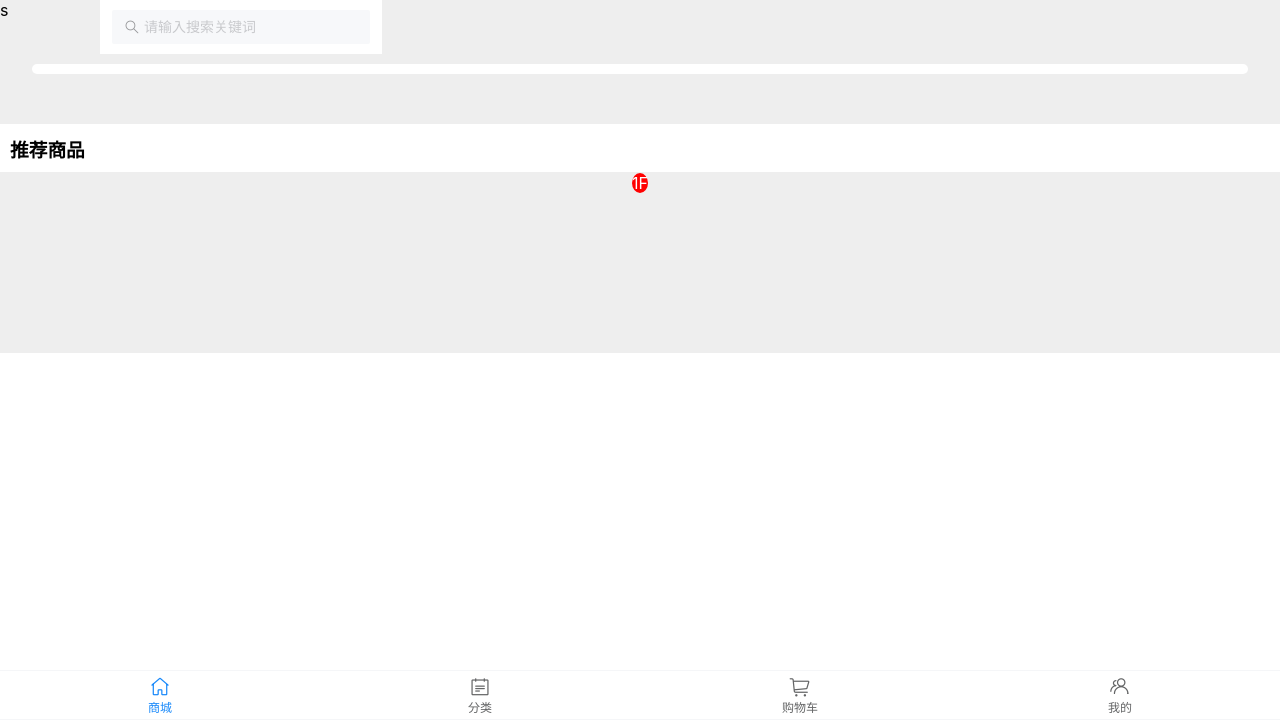
Repository: liuyangming111/mall
Page: /
The author's editor kept a copy of each file at every save. The page is drawn from the files as they stood at one save, then again after a run of saves.
The browser window is 1280 px wide. The pictures show the whole page.
The page's requests for data from a server got no answer. The project was rebuilt for these pictures with package versions that can differ from the ones it lists, and the page was loaded fresh each time. No one was signed in, and anything a server would have sent is missing. Also part of the build but not shown: vue.config.js.

Above is the page before, as saved 2020-07-21 18:43:36.

After the next 3 saves:
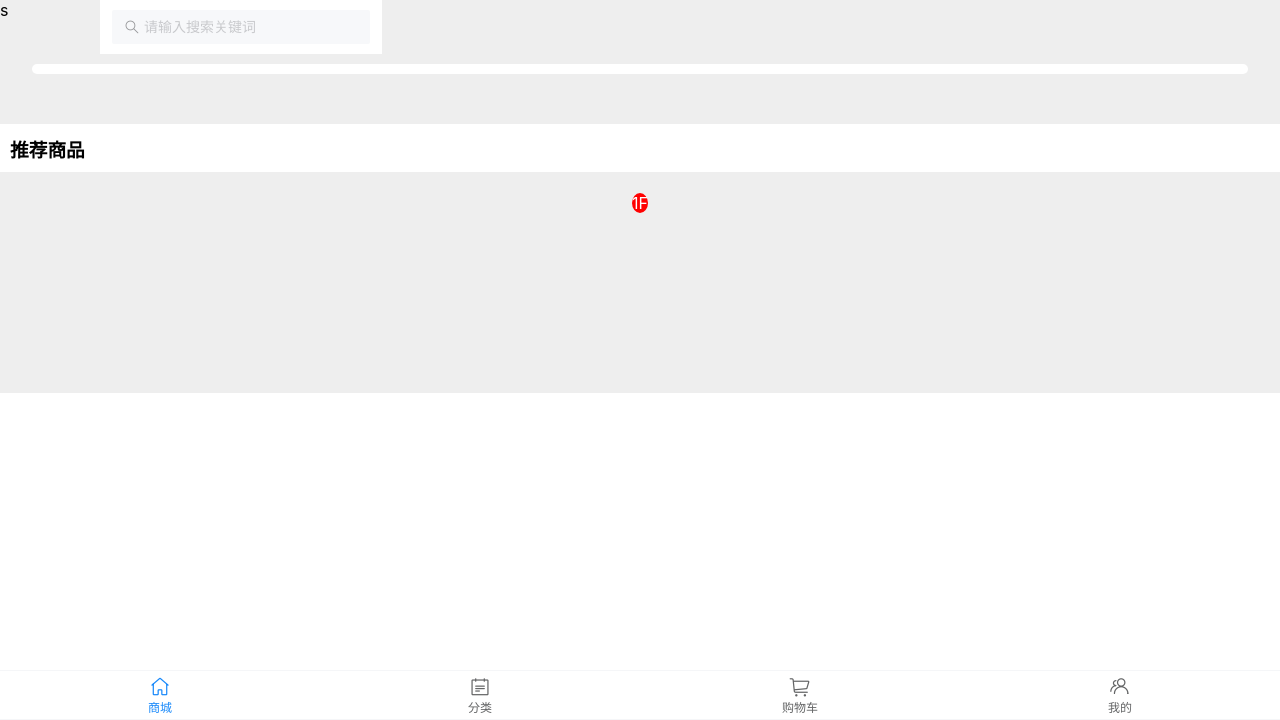
The 3 saves are shown as one change because they came seconds apart.
The last was saved 10 s later.
--- a/src/components/mall/malll.vue
+++ b/src/components/mall/malll.vue
@@ -47,6 +47,7 @@ export default {
 .floor1{
     color: red;
     text-align: center;
+    margin: 20px 0;
 }
 .floor1_1{
     border-radius: 50%;
